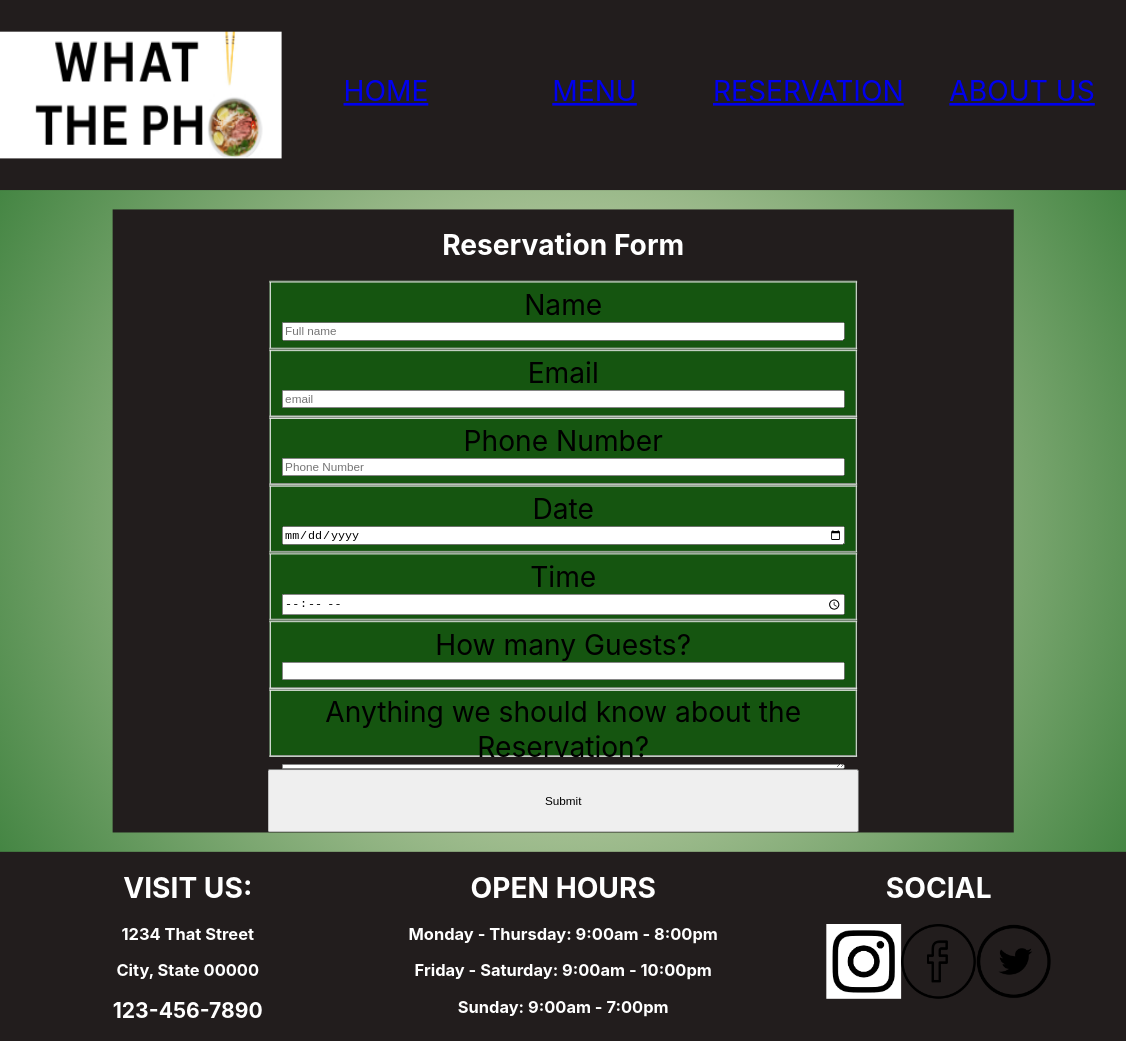
Repository: NguyenkhDang/Restaurant-Website
Page: /reservation
An editor plug-in stored every save of this project. The page is shown before and after a run of saves, followed by the edit.
The browser window is 1280 px wide. The pictures show the whole page, at 88% of full size.
The project was rebuilt for these pictures with package versions that can differ from the ones it lists, and the page was loaded fresh each time. Also part of the build but not shown: src/CSS/Readmore.css, src/Readmore.js, src/CSS/SectionContainer.css, src/SectionContainer.js, src/CSS/Home.css, src/Pages/HomePage.js, src/Pages/MenuPage.js, src/Pages/AboutUsPage.js and 1 more.

Above is the page before, as saved 2026-01-18 17:00:45.

After the next 2 saves:
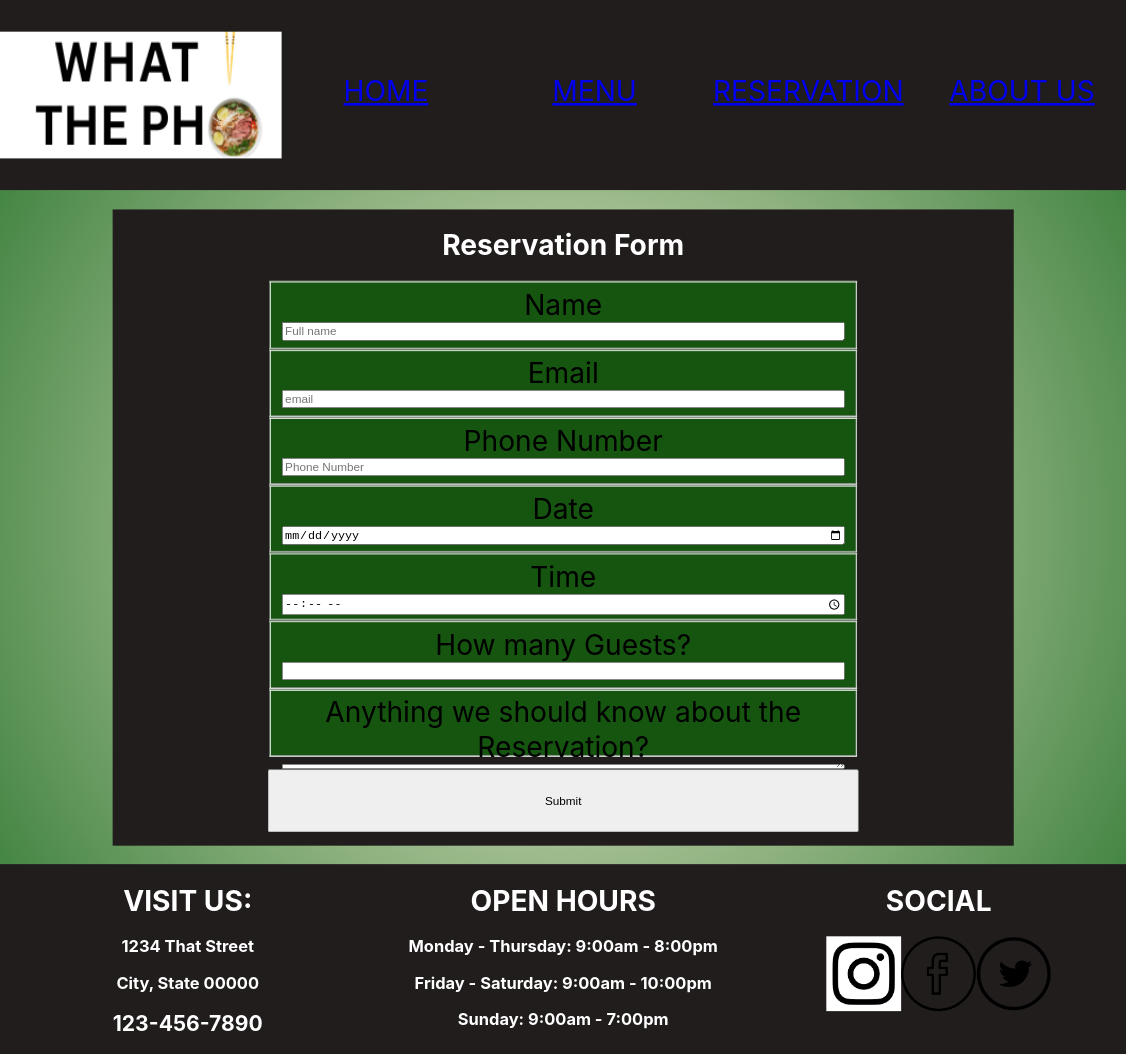
The 2 saves are shown as one change because they came seconds apart.
The last was saved 11 s later.
--- a/src/CSS/ReservationForm.css
+++ b/src/CSS/ReservationForm.css
@@ -26,5 +26,5 @@
 }
 .submitBtn{
   height: 10vh;
-  margin-top: 2vh;
+  margin: 2vh 0;
 }
